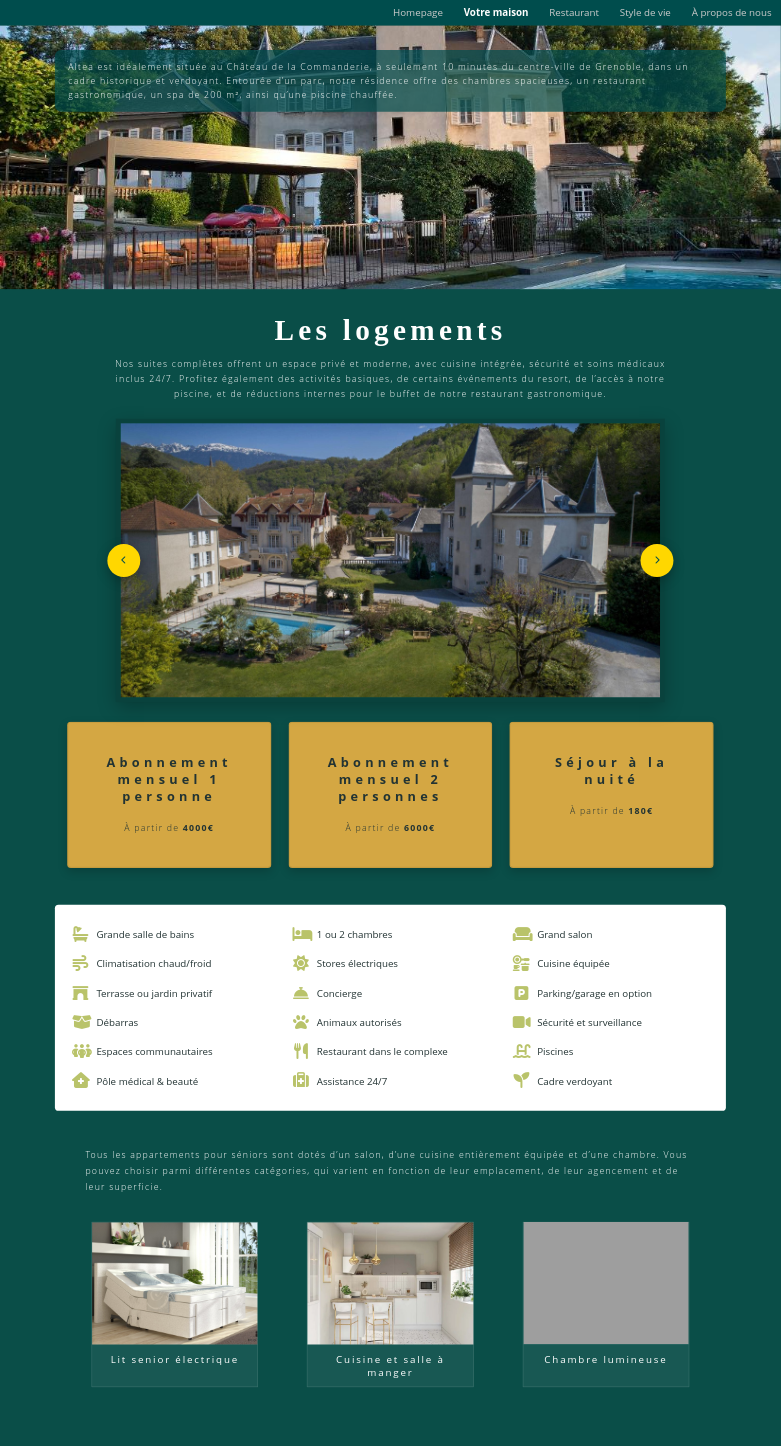
Repository: Rahimzeeeer/alteaaaa
Page: maison.html
These files come from the project's save history. The page is drawn as it stood at one moment and after the next save; the edit follows.
The browser window is 1280 px wide. The pictures show the whole page, at 61% of full size.
Pictures or frames that could not be fetched are drawn as grey boxes.

Above is the page before, as saved 2025-08-12 17:37:43.

### maison.html
<!DOCTYPE html>
<html lang="fr">
<head>
  <meta charset="UTF-8" />
  <meta name="viewport" content="width=device-width, initial-scale=1.0"/>
  <title>Votre maison – Altea</title>
  <link rel="stylesheet" href="style.css" />
  <link rel="stylesheet" href="https://cdnjs.cloudflare.com/ajax/libs/font-awesome/6.5.0/css/all.min.css"/>
</head>
<body>

  <!-- Navbar -->
  <header>
    <nav class="navbar">
      <ul>
        <li><a href="index.html">Homepage</a></li>
        <li><a href="maison.html" class="active">Votre maison</a></li>
        <li><a href="restaurant.html">Restaurant</a></li>
        <li><a href="style.html">Style de vie</a></li>
        <li><a href="apropos.html">À propos de nous</a></li>
      </ul>
    </nav>
  </header>

  <!-- Bandeau visuel + encart -->
  <section class="cover-banner" style="--cover:url('images/maison/cover.jpg')">
    <p class="cover-bubble">
      Altea est idéalement située au Château de la Commanderie, à seulement 10 minutes du centre-ville de Grenoble,
      dans un cadre historique et verdoyant. Entourée d’un parc, notre résidence offre des chambres spacieuses,
      un restaurant gastronomique, un spa de 200 m², ainsi qu’une piscine chauffée.
    </p>
  </section>

  <!-- Titre + intro -->
  <section class="lodging-intro">
    <h1>Les logements</h1>
    <p>
      Nos suites complètes offrent un espace privé et moderne, avec cuisine intégrée, sécurité et soins médicaux inclus 24/7.
      Profitez également des activités basiques, de certains événements du resort, de l’accès à notre piscine, et de
      réductions internes pour le buffet de notre restaurant gastronomique.
    </p>

    <!-- Visuel principal / carrousel (statique pour l’instant) -->
    <div class="lodging-hero">
      <button class="slide-btn prev"><i class="fa-solid fa-chevron-left"></i></button>
      <img src="images/maison/slider-1.jpg" alt="Résidence Altea" />
      <button class="slide-btn next"><i class="fa-solid fa-chevron-right"></i></button>
    </div>

    <!-- Cartes tarifs -->
    <div class="price-cards">
      <article class="price-card">
        <h4>Abonnement mensuel 1 personne</h4>
        <p class="price-note">À partir de <strong>4000€</strong></p>
      </article>
      <article class="price-card">
        <h4>Abonnement mensuel 2 personnes</h4>
        <p class="price-note">À partir de <strong>6000€</strong></p>
      </article>
      <article class="price-card">
        <h4>Séjour à la nuité</h4>
        <p class="price-note">À partir de <strong>180€</strong></p>
      </article>
    </div>
  </section>

  <!-- Équipements (panneau blanc) -->
  <section class="features-panel">
    <div class="features-grid">
      <div class="feature"><i class="fa-solid fa-bath"></i> Grande salle de bains</div>
      <div class="feature"><i class="fa-solid fa-bed"></i> 1 ou 2 chambres</div>
      <div class="feature"><i class="fa-solid fa-couch"></i> Grand salon</div>

      <div class="feature"><i class="fa-solid fa-wind"></i> Climatisation chaud/froid</div>
      <div class="feature"><i class="fa-solid fa-sun"></i> Stores électriques</div>
      <div class="feature"><i class="fa-solid fa-kitchen-set"></i> Cuisine équipée</div>

      <div class="feature"><i class="fa-solid fa-archway"></i> Terrasse ou jardin privatif</div>
      <div class="feature"><i class="fa-solid fa-bell-concierge"></i> Concierge</div>
      <div class="feature"><i class="fa-solid fa-square-parking"></i> Parking/garage en option</div>

      <div class="feature"><i class="fa-solid fa-box-open"></i> Débarras</div>
      <div class="feature"><i class="fa-solid fa-paw"></i> Animaux autorisés</div>
      <div class="feature"><i class="fa-solid fa-video"></i> Sécurité et surveillance</div>

      <div class="feature"><i class="fa-solid fa-people-group"></i> Espaces communautaires</div>
      <div class="feature"><i class="fa-solid fa-utensils"></i> Restaurant dans le complexe</div>
      <div class="feature"><i class="fa-solid fa-water-ladder"></i> Piscines</div>

      <div class="feature"><i class="fa-solid fa-house-medical"></i> Pôle médical & beauté</div>
      <div class="feature"><i class="fa-solid fa-suitcase-medical"></i> Assistance 24/7</div>
      <div class="feature"><i class="fa-solid fa-seedling"></i> Cadre verdoyant</div>
    </div>
  </section>

  <!-- Texte + galerie à légendes -->
  <section class="lodging-gallery">
    <div class="lg-text">
      <p>
        Tous les appartements pour séniors sont dotés d’un salon, d’une cuisine entièrement équipée et d’une
        chambre. Vous pouvez choisir parmi différentes catégories, qui varient en fonction de leur emplacement,
        de leur agencement et de leur superficie.
      </p>
    </div>
    <div class="lg-grid">
      <figure class="lg-item">
        <img src="images/maison/lit-senior.png" alt="Lit senior électrique" />
        <figcaption>Lit senior électrique</figcaption>
      </figure>
      <figure class="lg-item">
        <img src="images/maison/cuisine.webp" alt="Cuisine et salle à manger" />
        <figcaption>Cuisine et salle à manger</figcaption>
      </figure>
      <figure class="lg-item">
        <img src="images/maison/chambre.jpg" alt="Chambre lumineuse" />
        <figcaption>Chambre lumineuse</figcaption>
      </figure>
    </div>
  </section>

</body>
</html>

### style.css
/* =========================
   Variables & reset
========================= */
:root{
  --green: #0a4e48;      /* vert profond (fond global) */
  --teal:  #004d4d;      /* navbar / boutons */
  --gold:  gold;         /* accents dorés */
  --ink:   #233;         /* texte sombre sur fond clair */
  --white: #fff;
}

*{ box-sizing: border-box; }

/* ===== Fonts ===== */
/* Exemple : Serif pour titres et Sans-serif pour le reste */
@import url('https://fonts.googleapis.com/css2?family=Merriweather:wght@400;700&family=Open+Sans:wght@400;600&display=swap');


/* Titres en serif */
h1, h2, h3, h4, .section-title {
  font-family: 'Open sans', serif;
  letter-spacing: 7px;
  font-size: 2.5rem; /* plus grand */
}

h1{
  font-size: 3rem; /* plus grand */
}
h2{
  font-size: 2rem; /* plus grand */
}

h3{
  font-size: 1.8rem; /* plus grand */
}

h4{
  font-size: 1.3rem; /* plus grand */
}
p{
  font-size: 0.9rem; /* plus grand */
}


p, span{
  font-family: 'Open sans', sans-serif;
  letter-spacing: 2px;
  font-weight : lighter
}



body{
  margin: 0;
  font-family: 'Open Sans', sans-serif;
  background-color: var(--green);
  color: var(--white);
}

/* Texte vert sur fond jaune */
.gold-bg {
    background-color: #d4a949;
    color: #004d40; /* Vert foncé élégant */
}

.gold-bg h2,
.gold-bg h3,
.gold-bg p {
    color: #004d40;
}


/* =========================
   Navbar
========================= */
.navbar{
  background-color: var(--teal);
  padding: 10px 0;
  text-align: right;
  box-shadow: 0 2px 8px rgba(0,0,0,0.3);
}
.navbar ul{ list-style: none; margin: 0; padding: 0; }
.navbar li{ display: inline-block; margin: 0 15px; }
.navbar a{
  color: #ccc;
  text-decoration: none;
  font-size: 16px;
  transition: color .3s ease;
}
.navbar a:hover,
.navbar a.active{ color: var(--white); }
.navbar a.active{ font-weight: bold; }

/* =========================
   Hero
========================= */
.hero {
  position: relative;
  width: 100%;
  height: 90vh;
  display: flex;
  align-items: center;
  justify-content: center;
}

.hero-image {
  position: absolute; inset: 0;
  width: 100%; height: 100%;
  object-fit: cover; z-index: -1;
  filter: brightness(0.8);
  transform: scale(1.03);
}

/* === Homepage hero refinements === */
.hero-content {
  width: 100%;
  height: 100%;
  display: flex;
  flex-direction: column;
  justify-content: flex-start;
  align-items: center;
  padding-top: 2vh; /* valeur réduite = logo monte */
  text-align: center;
  color: var(--white);
}


.hero-logo {
  max-width: 280px; /* taille augmentée */
}


.hero-welcome {
  font-family: 'Open sans', serif;
  letter-spacing: 10px;
  text-transform: uppercase;
  font-size: 2rem; /* plus grand pour un effet prestige */
  opacity: 0.9;
  margin-bottom: 8px;
}


.hero-buttons {
  position: absolute;
  bottom: 24px;
  margin: 0;
}

.hero-buttons .btn {
  display: inline-block;
  background-color: var(--green);
  color: var(--gold);
  padding: 10px 16px;
  margin: 10px;
  font-weight: lighter;
  text-decoration: none;
  border-radius: 4px;
  transition: filter 0.3s, transform 0.3s;
  font-size: 1em;
  border: 1px solid rgba(0,0,0,0.1);
  font-family: 'Open sans'seif;
  letter-spacing: 5px;
}

.hero-buttons .btn:hover {
  filter: brightness(1.05);
  transform: translateY(-1px);
}


/* =========================
   Catégories
========================= */
.section-title{
  text-align: center;
  font-size: 2rem;
  margin: 30px 0;
  color: var(--white);
  font-weight: lighter;
}
.category-grid{
  display: grid;
  grid-template-columns: repeat(3, 1fr);
  gap: 15px;
  max-width: 1000px;
  margin: 0 auto;
}
.category-item{ position: relative; overflow: hidden; }
.category-item img{ width: 100%; display: block; }
.category-item span{
  position: absolute; left: 50%; bottom: 10px;
  transform: translateX(-50%);
  background-color: rgba(0,77,77,.8);
  color: var(--white);
  padding: 6px 12px;

  border-radius: 4px;
}

/* =========================
   Notre resort
========================= */
.resort{
  max-width: 1000px;
  margin: 50px auto;
  padding: 20px;
  color: var(--white);
  text-align: center;
}
.resort-text h2{ font-size: 2em; margin: 0 0 10px; }
.resort-text p{ margin: 15px 0; line-height: 1.5; }
.btn-gold{
  background-color: var(--gold);
  color: var(--teal);
  padding: 8px 14px;
  text-decoration: none;
  font-weight: bold;
  border-radius: 20px;

}
.resort-video video{
  margin-top: 20px;
  width: 100%;
  border-radius: 8px;
}

/* =========================
   Actualités
========================= */
.actualites{
  padding: 40px;
  text-align: center;
  background-color: var(--teal);
  color: var(--white);
}
.actus-grid{
  display: grid;
  grid-template-columns: repeat(3, 1fr);
  padding: 0 50px; /* marge interne gauche/droite */
  gap: 20px;
}
.actus-item{
  background: transparent;
  border: 1px solid var(--gold);
  position: relative;
}
.actus-item img{
  width: 100%;
  height: 300px;         /* taille uniforme */
  object-fit: cover;     /* recadrage propre */
  border-bottom: 2px solid var(--gold);
}
.actus-item h3,p{
  text-align: left;
  padding: 0 30px;
}
.plus-btn{
  position: absolute; bottom: 10px; right: 10px;
  background-color: var(--gold);
  color: var(--teal);
  font-weight: bold;
  border-radius: 50%;
  padding: 5px 10px;
  cursor: pointer;
}

/* =========================
   Avis (fond flou en arrière-plan)
========================= */
.avis{
  position: relative;
  overflow: hidden;
  min-height: 100vh;                    /* ≈ une page */
  display: flex; flex-direction: column;
  justify-content: center; align-items: center;
  padding: 60px 20px;
  text-align: center;
  color: var(--white);
}
.avis::before{
  content: "";
  position: absolute; inset: 0;
  background: url('images/index/avisbg.png') center/cover no-repeat;
  filter: brightness(0.6);
  transform: scale(1.03);
  z-index: 0;
}
.avis > *{ position: relative; z-index: 1; }
.avis h2{ margin-bottom: 24px; font-size: 2.2rem; }
.avis-container{
  display: flex; justify-content: center; flex-wrap: wrap;
  gap: 40px;
}
.avis-item{ max-width: 360px; font-style: italic; }

/* =========================
   Nous contacter
========================= */
.contact{
  background-color: #d4a743;  /* fond or/moutarde */
  padding: 60px 20px;
  color: var(--ink);
  text-align: center;
}

.contact h3 {
  text-align: left;
  font-size: 1.8rem;

}

.contact-grid{
  max-width: 1000px; margin: 0 auto;
  display: grid; grid-template-columns: repeat(3, 1fr);
  gap: 24px;
}
.contact-box{
  background: rgba(255,255,255,.02);
  border: 2px solid var(--green);
  border-radius: 8px;
  padding: 24px;
  min-height: 220px;
  box-shadow: 0 2px 6px rgba(0,0,0,.08);
}
.contact-box h3{
  margin: 0 0 12px;
  font-weight: 700;
}

/* =========================
   Responsive
========================= */
@media (max-width: 900px){
  .category-grid{ grid-template-columns: 1fr 1fr; }
  .actus-grid{ grid-template-columns: 1fr; }
  .contact-grid{ grid-template-columns: 1fr; }
  .hero{ height: 70vh; }
}


/* =========================
   Votre maison
========================= */

/* Bandeau haut avec encart */
.cover-banner{
  position: relative;
  width: 100%;
  height: 60vh;
  background: var(--green);
  display: flex;
  align-items: flex-start;
  justify-content: center;
  padding-top: 40px;
}
.cover-banner::before{
  content: "";
  position: absolute; inset: 0;
  background: var(--green) center/cover no-repeat;
  background-image: var(--cover);

  z-index: 0;
}
.cover-bubble{
  position: relative;
  z-index: 1;
  max-width: 1100px;
  margin: 0 20px;
  background: rgba(0,77,77,.7);
  color: var(--white);
  padding: 16px 22px;
  border-radius: 10px;
  line-height: 1.6;
}

/* Intro + titre + grand visuel */
.lodging-intro{
  max-width: 1100px;
  margin: 40px auto 20px;
  padding: 0 20px;
}
.lodging-intro h1{
  font-family: 'Merriweather', serif;
  font-size: 3rem;
  text-align: center;
  margin: 10px 0 16px;
}
.lodging-intro p{
  text-align: center;
  line-height: 1.7;
  max-width: 980px;
  margin: 0 auto 28px;
}
.lodging-hero{
  position: relative;
  max-width: 900px;
  margin: 0 auto 32px;
  border: 8px solid rgba(0,0,0,.15);
  box-shadow: 0 10px 30px rgba(0,0,0,.25);
}
.lodging-hero img{
  display: block;
  width: 100%;
  height: auto;
}
.slide-btn{
  position: absolute; top: 50%; transform: translateY(-50%);
  width: 54px; height: 54px; border: none; cursor: pointer;
  border-radius: 50%;
  background: var(--gold);
  color: var(--teal);
  display: grid; place-items: center;
  box-shadow: 0 6px 20px rgba(0,0,0,.25);
}
.slide-btn.prev{ left: -22px; }
.slide-btn.next{ right: -22px; }

/* Tarifs */
.price-cards{
  display: grid;
  grid-template-columns: repeat(3, 1fr);
  gap: 28px;
  margin: 26px auto 10px;
  max-width: 1100px;
}
.price-card{
  background: #d4a743;
  color: var(--ink);
  padding: 22px;
  border-radius: 6px;
  box-shadow: 0 6px 16px rgba(0,0,0,.18);
  border: 2px solid rgba(0,0,0,.08);
  text-align: center;
}


/* Panneau des équipements (blanc) */
.features-panel{
  background: var(--white);
  color: var(--ink);
  margin: 60px auto;
  max-width: 1100px;
  border-radius: 6px;
  padding: 36px 28px;
}
.features-grid{
  display: grid;
  grid-template-columns: repeat(3, 1fr);
  gap: 22px 40px;
}
.feature{
  display: flex; align-items: center; gap: 12px;
  font-size: 1rem;
}
.feature i{
  color: #b9c36a;          /* vert jaunâtre comme sur la maquette */
  font-size: 26px;
  width: 28px; text-align: center;
}

/* Texte + galerie à légendes */
.lodging-gallery{
  max-width: 1100px; margin: 40px auto 80px; padding: 0 20px;
  display: grid; grid-template-columns: 1fr 1.2fr; gap: 28px;
  grid-template-columns: 1fr; /* 1 seule colonne */
}
.lg-text p{ line-height: 1.8; margin: 0; }
.lg-grid{
  display: grid; gap: 0px;
   grid-template-columns: repeat(3, 1fr); /* 3 colonnes */
}
.lg-item{
  background: rgba(255,255,255,.06);
  border: 1px solid rgba(255,255,255,.15);
}
.lg-item img{
    display: block;
    width: 100%;
    height: 200px; /* même hauteur pour toutes */
    object-fit: cover; /* rogne l'image pour remplir sans déformation */

}
.lg-item figcaption{
  text-align: center;
  padding: 12px 10px;
  font-family: 'Open sans', sans-serif;
  font-size: 1rem;
  letter-spacing: 3px;
  border-top: 1px solid rgba(255,255,255,.15);
}

/* Responsive */
@media (max-width: 1000px){
  .price-cards{ grid-template-columns: 1fr; }
  .features-grid{ grid-template-columns: 1fr 1fr; }
  .lodging-gallery{ grid-template-columns: 1fr; }
  .slide-btn.prev{ left: 8px; } .slide-btn.next{ right: 8px; }
}
@media (max-width: 640px){
  .cover-banner{ height: 50vh; }
  .cover-bubble{ font-size: .95rem; }
  .lodging-intro h1{ font-size: 2.2rem; }
  .features-grid{ grid-template-columns: 1fr; }
}



/* ===== Restaurant ===== */

/* HERO */
.resto-hero {
  position: relative;
  height: 70vh;
  overflow: hidden;
}
.resto-hero img {
  width: 100%;
  height: 100%;
  object-fit: cover;
  filter: brightness(0.75);
}
.resto-hero-content {
  position: absolute;
  top: 50%;
  left: 50%;
  transform: translate(-50%, -50%);
  text-align: center;
  color: white;
}
.resto-hero-content h1 {
  font-size: 3rem;
  margin-bottom: 20px;
  font-family: 'Merriweather', serif;
}
.btn {
  display: inline-block;
  padding: 12px 24px;
  text-decoration: none;
  border-radius: 5px;
  font-weight: bold;
}
.btn-teal { background-color: #004d40; color: white; }
.btn-gold { background-color: #d4a743; color: #004d40; }
.btn:hover { filter: brightness(1.1); }

/* UNE AVENTURE FRANÇAISE */
.resto-aventure {
  display: flex;
  flex-wrap: wrap;
  gap: 20px;
  padding: 50px 5%;
  background-color: #004d40;
  color: white;
}


.aventure-images {
  flex: 1;
  display: flex;
  flex-direction: column;
  gap: 20px;
}
.aventure-images img {
  width: 100%;
  border-radius: 8px;
  object-fit: cover;
}
.aventure-text {
  flex: 1;
}
.aventure-text h2 {
  font-family: 'Merriweather', serif;
  color: #d4a743;
  margin-bottom: 20px;
}
.aventure-text p {
  margin-bottom: 20px;
  line-height: 1.6;
}

/* HORAIRES */
.resto-horaires {
  display: flex;
  flex-wrap: wrap;
  gap: 20px;
  padding: 50px 5%;
  background-color: #d4a743;
}
.horaires-images {
  flex: 1;
  display: flex;
  flex-direction: column;
  gap: 20px;
}
.horaires-images img {
  width: 100%;
  border-radius: 8px;
  object-fit: cover;
}
.horaires-text {
  flex: 1;
  display: flex;
  flex-direction: column;
  justify-content: center;
}
.horaires-text h3 {
  font-family: 'Merriweather', serif;
  margin-bottom: 20px;
  color: #004d40;
}
.horaires-text ul {
  margin-bottom: 20px;
  padding-left: 20px;
}
.horaires-text li {
  margin-bottom: 10px;
}

/* Responsive */
@media (max-width: 768px) {
  .resto-aventure, .resto-horaires {
    flex-direction: column;
  }
}


/* Couleurs de fond */
.gold-bg { background-color: #d4a949; padding: 60px 80px; }
.green-bg { background-color: #004d40; color: white; padding: 60px 80px; }

/* Titres */
.title {
    text-align: center;
    font-size: 2.5rem;
    margin-bottom: 40px;
}
.serif { font-family: 'Times New Roman', serif; }

/* Section sport */
.sport-grid {
    display: grid;
    grid-template-columns: repeat(2, 1fr);
    gap: 30px;
}
.sport-item img {
    width: 100%;
    height: 250px;
    object-fit: cover;
    border-radius: 6px;
}
.sport-item h3 {
    margin-top: 10px;
    font-size: 1.5rem;
}

/* Bien-être */
.wellness-grid {
    display: grid;
    grid-template-columns: 1fr 1.5fr;
    gap: 20px;
}
.wellness-grid .images {
    display: grid;
    grid-template-columns: repeat(2, 1fr);
    gap: 10px;
}
.wellness-grid img {
    width: 100%;
    height: 200px;
    object-fit: cover;
    border-radius: 6px;
}

/* Communauté */
.community-grid {
    display: grid;
    grid-template-columns: repeat(3, 1fr);
    gap: 30px;
    text-align: center;
}
.community-item img {
    width: 100%;
    height: 250px;
    object-fit: cover;
    border-radius: 6px;
}
.community-item h3 {
    margin-top: 15px;
    font-size: 1.4rem;
}

/* Premium */
.premium-text {
    text-align: center;
    margin-bottom: 40px;
}
.premium-grid {
    display: grid;
    grid-template-columns: 2fr 1fr 1fr;
    gap: 20px;
}
.premium-grid img {
    width: 100%;
    height: 300px;
    object-fit: cover;
    border-radius: 6px;
}

.gold-bg {
  background-color: #d4af37; /* jaune doré */
  color: #004d40; /* texte vert foncé */
}

.apropos {
  padding: 60px 5%;
}

.apropos h2 {
  font-family: serif;
  font-size: 2.5rem;
  text-align: center;
  margin-bottom: 50px;
}

.apropos-grid {
  display: flex;
  justify-content: space-between;
  gap: 30px;
}

.apropos-item {
  background-color: #004d40; /* vert foncé */
  color: white;
  border-radius: 8px;
  overflow: hidden;
  flex: 1;
  display: flex;
  flex-direction: column;
}

.apropos-item img {
  width: 100%;
  height: 250px;
  object-fit: cover;
}

.apropos-text {
  padding: 20px;
}

.apropos-text h3 {
  font-size: 1.4rem;
 color: white;
  margin-bottom: 10px;
  font-family: serif;
}

.apropos-text p,
.apropos-text ul {
  font-size: 0.95rem;
  color: white;
  line-height: 1.5;
}

.apropos-text ul {
  list-style-type: disc;
  padding-left: 20px;
}

@media (max-width: 900px) {
  .apropos-grid {
    flex-direction: column;
  }
}

After the next save:
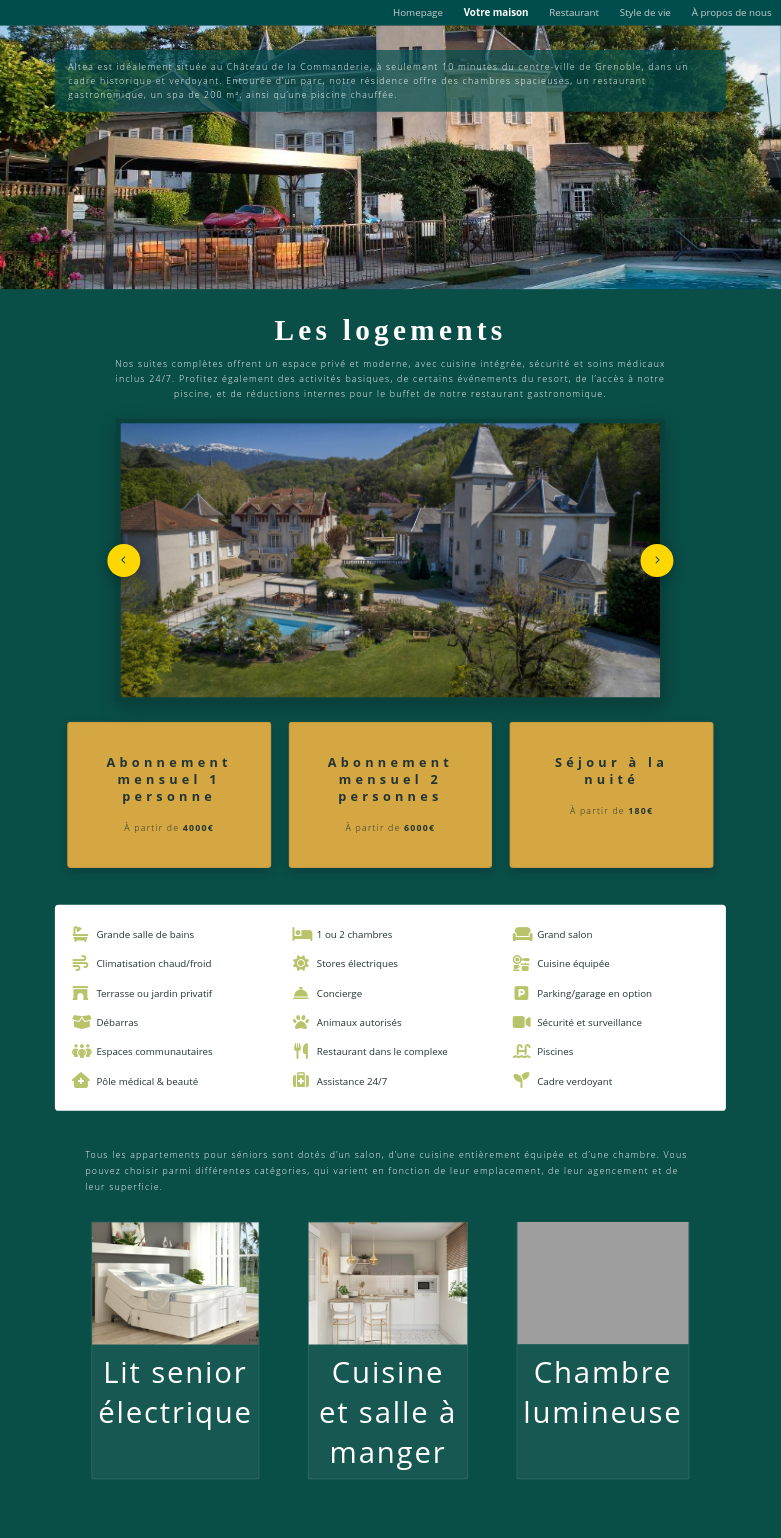
Saved 9 s later.
--- a/style.css
+++ b/style.css
@@ -484,7 +484,7 @@ body{
   text-align: center;
   padding: 12px 10px;
   font-family: 'Open sans', sans-serif;
-  font-size: 1rem;
+  font-size: 3rem;
   letter-spacing: 3px;
   border-top: 1px solid rgba(255,255,255,.15);
 }
